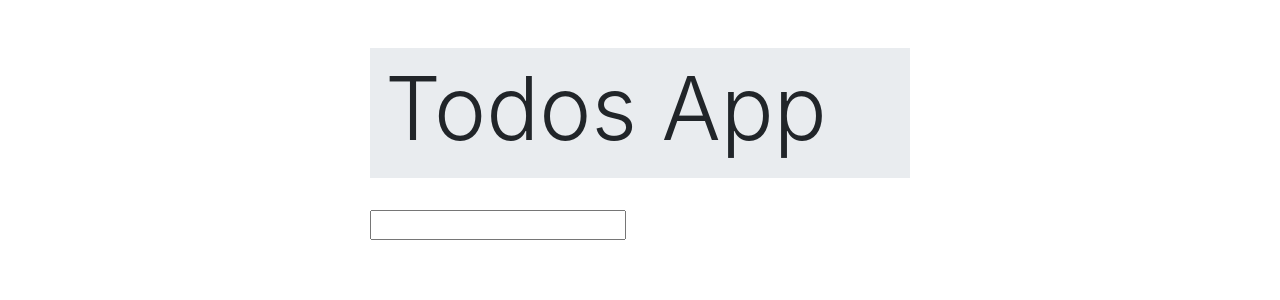
Repository: nguyenan97/todo-app-react
Page: / (app in todo-app/)
The author's editor kept a copy of each file at every save. The page is drawn from the files as they stood at one save, then again after the next save.
The browser window is 1280 px wide. The pictures show the whole page.
The project was rebuilt for these pictures with package versions that can differ from the ones it lists, and the page was loaded fresh each time. Also part of the build but not shown: todo-app/src/App.css.

Above is the page before, as saved 2019-12-27 12:28:58.

### todo-app/public/index.html
<!DOCTYPE html>
<html lang="en">
  <head>
    <meta charset="utf-8" />
    <link rel="icon" href="%PUBLIC_URL%/favicon.ico" />
    <meta name="viewport" content="width=device-width, initial-scale=1" />
    <meta name="theme-color" content="#000000" />
    <meta
      name="description"
      content="Web site created using create-react-app"
    />
    <link rel="apple-touch-icon" href="%PUBLIC_URL%/logo192.png" />
    <!--
      manifest.json provides metadata used when your web app is installed on a
      user's mobile device or desktop. See https://developers.google.com/web/fundamentals/web-app-manifest/
    -->
    <link rel="manifest" href="%PUBLIC_URL%/manifest.json" />
    <!--
      Notice the use of %PUBLIC_URL% in the tags above.
      It will be replaced with the URL of the `public` folder during the build.
      Only files inside the `public` folder can be referenced from the HTML.

      Unlike "/favicon.ico" or "favicon.ico", "%PUBLIC_URL%/favicon.ico" will
      work correctly both with client-side routing and a non-root public URL.
      Learn how to configure a non-root public URL by running `npm run build`.
    -->
    <link rel="stylesheet" href="https://stackpath.bootstrapcdn.com/bootstrap/4.4.1/css/bootstrap.min.css" integrity="sha384-Vkoo8x4CGsO3+Hhxv8T/Q5PaXtkKtu6ug5TOeNV6gBiFeWPGFN9MuhOf23Q9Ifjh" crossorigin="anonymous">
    <title>React App</title>
  </head>
  <body>
    <noscript>You need to enable JavaScript to run this app.</noscript>
    <div class="container">
      <div class="row">
        <div class="col-md-6 offset-md-3 mt-5">
          <div id="root"></div>
        </div>
      </div>
    </div>

    <!--
      This HTML file is a template.
      If you open it directly in the browser, you will see an empty page.

      You can add webfonts, meta tags, or analytics to this file.
      The build step will place the bundled scripts into the <body> tag.

      To begin the development, run `npm start` or `yarn start`.
      To create a production bundle, use `npm run build` or `yarn build`.
    -->
    <script src="https://code.jquery.com/jquery-3.4.1.slim.min.js" integrity="sha384-J6qa4849blE2+poT4WnyKhv5vZF5SrPo0iEjwBvKU7imGFAV0wwj1yYfoRSJoZ+n" crossorigin="anonymous"></script>
    <script src="https://cdn.jsdelivr.net/npm/popper.js@1.16.0/dist/umd/popper.min.js" integrity="sha384-Q6E9RHvbIyZFJoft+2mJbHaEWldlvI9IOYy5n3zV9zzTtmI3UksdQRVvoxMfooAo" crossorigin="anonymous"></script>
    <script src="https://stackpath.bootstrapcdn.com/bootstrap/4.4.1/js/bootstrap.min.js" integrity="sha384-wfSDF2E50Y2D1uUdj0O3uMBJnjuUD4Ih7YwaYd1iqfktj0Uod8GCExl3Og8ifwB6" crossorigin="anonymous"></script>
  </body>
</html>

### todo-app/src/App.js
import React from 'react';
import './App.css';

function App() {
  return (
    <div>
      <div className="jumbotron jumbotron-fluid py-2">
        <div className="container">
          <h1 className="display-2">Todos App</h1>
        </div>
      </div>
      <form className="mb-3">
        <input type="text" />
      </form>
    </div>

  );
}

export default App;

Loaded but not shown: todo-app/src/index.js (common file); todo-app/src/index.css (common file); todo-app/src/serviceWorker.js (common file)

After the next save:
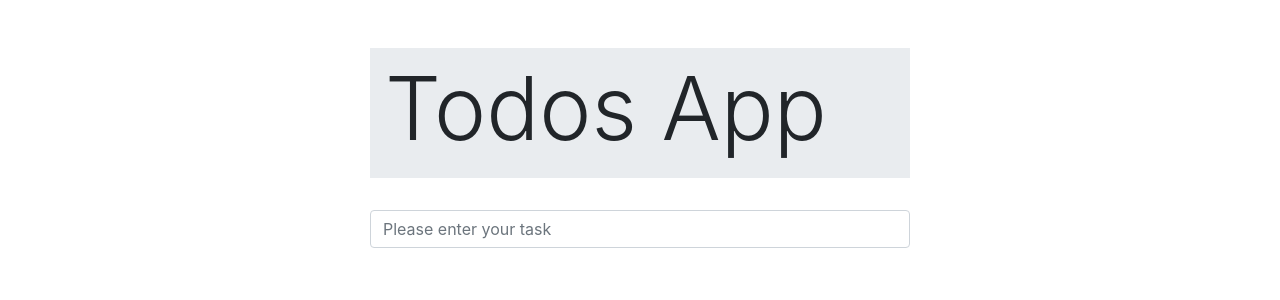
Saved 92 s later.
--- a/todo-app/src/App.js
+++ b/todo-app/src/App.js
@@ -10,7 +10,7 @@ function App() {
         </div>
       </div>
       <form className="mb-3">
-        <input type="text" />
+        <input type="text" className="form-control" placeholder="Please enter your task" autoComplete />
       </form>
     </div>
 
